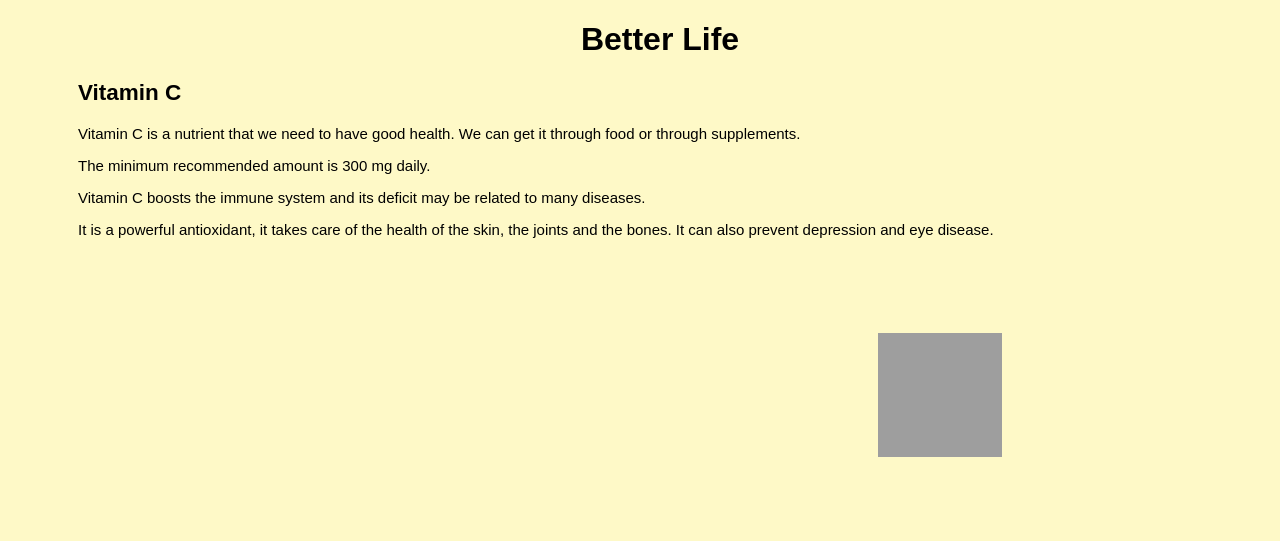
Repository: DSerenoG/Assessment2
Page: suplement_1.html
The author's editor kept a record of every edit. The page is drawn from the files as they stood at one moment, then again after the next edit.
The browser window is 1280 px wide. The pictures show the whole page.
Pictures or frames that could not be fetched are drawn as grey boxes.

Above is the page before.

### suplement_1.html
<!DOCTYPE html>
<html lang="en">
<head>
    <meta charset="UTF-8">
    <meta name="viewport" content="width=device-width, initial-scale=1.0">
    <meta http-equiv="X-UA-Compatible" content="ie=edge">
    <link rel="stylesheet" href="css/main.css" type="text/css" />
    <title>Document</title>
</head>
<body>
     <div id = "head">
        <ul>
             <h1>Better Life</h1>
        </ul>
    </div>

    <div id = "main_section">
        <suplement1 style="width:40%">
            <h2>Vitamin C</h2>
            <p>Vitamin C is a nutrient that we need to have good health. We can get it through food or through supplements.</p>
            <p>The minimum recommended amount is 300 mg daily.</p>
            <p>Vitamin C boosts the immune system and its deficit may be related to many diseases.
            <p>It is a powerful antioxidant, it takes care of the health of the skin, the joints and the bones. It can also prevent depression and eye disease.</p>


        <div id="image">
            <img src="images/vitamin.png" alt="Vitamin" height="124" width="124">
        </div>
    </div>
</body>
</html>

### css/main.css
#head{
    text-align: center;
    margin-bottom: 1%;
    font-family: arial;
}

body{
    background-color:#FEF9C7;
}

#main_section{
    font-size: 15px;
    font-family: arial;
    margin-left: 70px;
}

reason{
    margin-bottom: 3%;
    padding: 1%;
}


suplement5{
    margin: auto;
    padding:1%;
    text-align: center;
    font-size: 15px;
    float: left;
    margin-left: 400%;
    margin-right: -50%;
    margin-bottom: 10%;
    background-color:#FCE181;
    height: 25ex;
    font-family: arial;
     border-radius:25px;
}

#boxes{
    width:500px;
    background-color:#FCE181;
    padding: 1%;
    text-align:center;
    font-size: 15px;
    float: left;
    margin-left: 100px;
    margin-bottom: 10%;
    height: 25ex;
    font-family: arial;
    border-radius:25px;

}

#d1{
   width:90%;
    background-color:#FCE181;
    padding: 1%;
    text-align:center;
    font-size: 15px;
    float: left;
    margin-left: 3%;
    margin-bottom: 10%;
    height: auto;
    font-family: arial;
    border-radius:25px;
}

#text{
    width: 500px;
    margin:0px;
    display: inline-block;
    float:left;
}

#image{
    float:right;
    margin-right: 270px;
    margin-top: 80px;

}

#more {display: none;}

After the next edit:
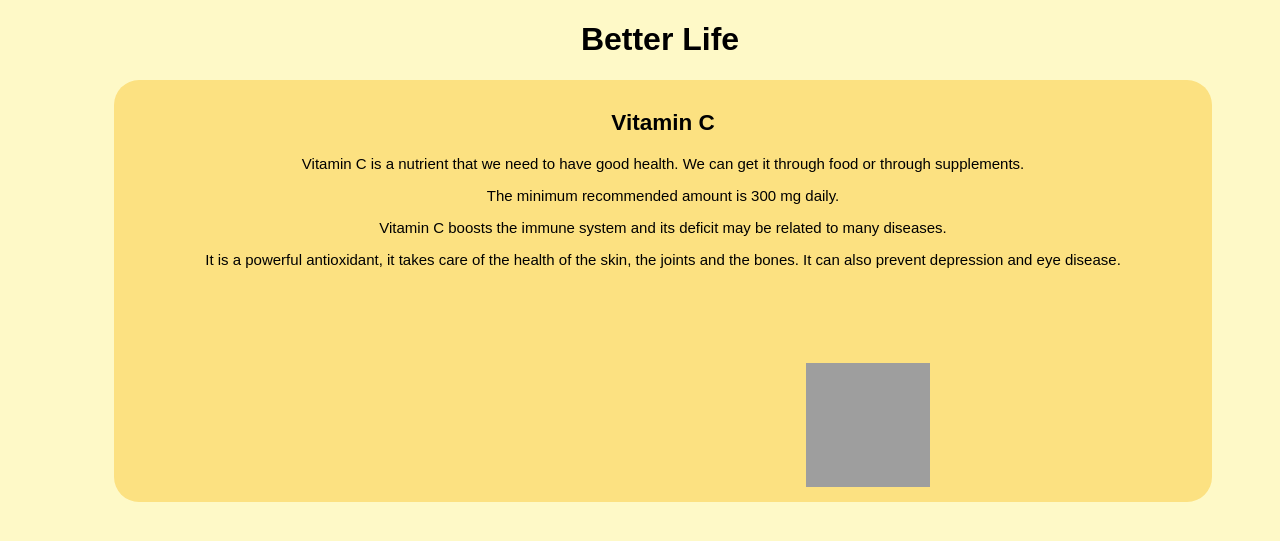
The edit:
--- a/suplement_1.html
+++ b/suplement_1.html
@@ -15,7 +15,7 @@
     </div>
 
     <div id = "main_section">
-        <suplement1 style="width:40%">
+        <div id="d1">
             <h2>Vitamin C</h2>
             <p>Vitamin C is a nutrient that we need to have good health. We can get it through food or through supplements.</p>
             <p>The minimum recommended amount is 300 mg daily.</p>
